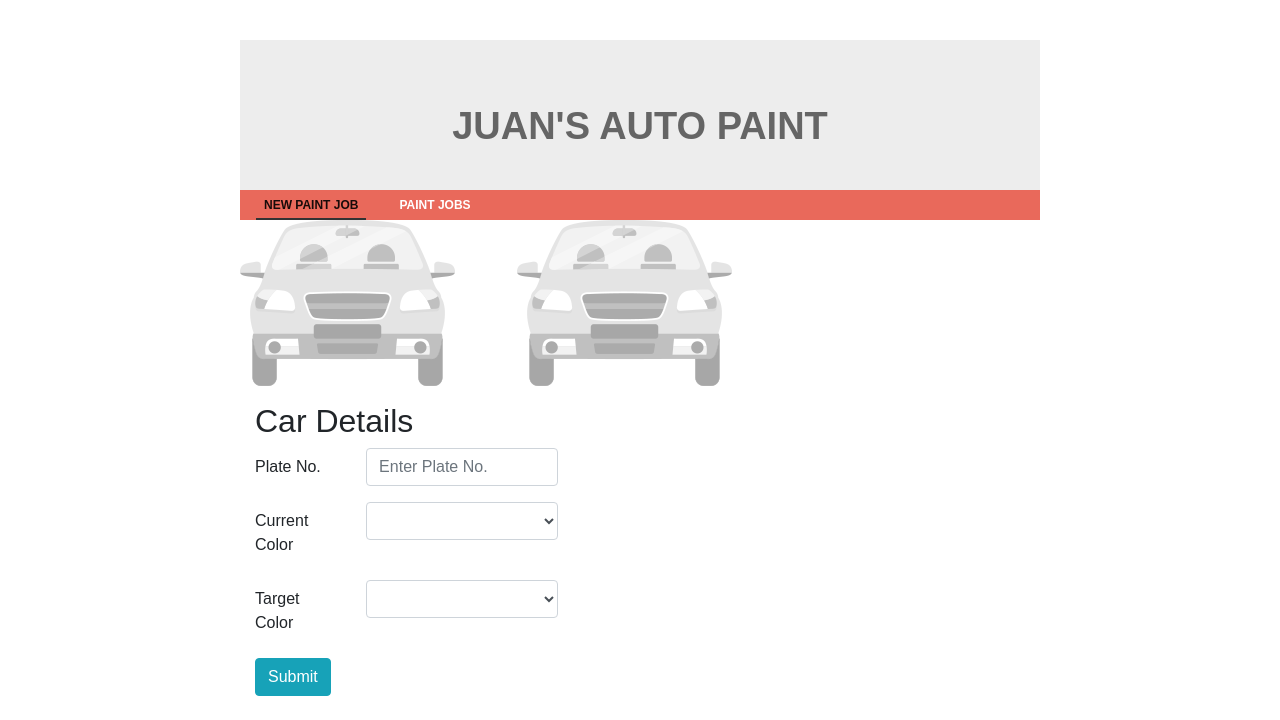
Repository: soycaringal/paint-job
Page: http://localhost/
These files come from the project's save history. The page is drawn as it stood at one moment and after the next save; the edit follows.
The browser window is 1280 px wide. The pictures show the whole page.
The page is served by the project's Laravel application, run on PHP 8.4 with Laravel 8. Queries for data that is not in the repository find no rows.

Above is the page before, as saved 2020-02-23 17:30:53.

After the next save:
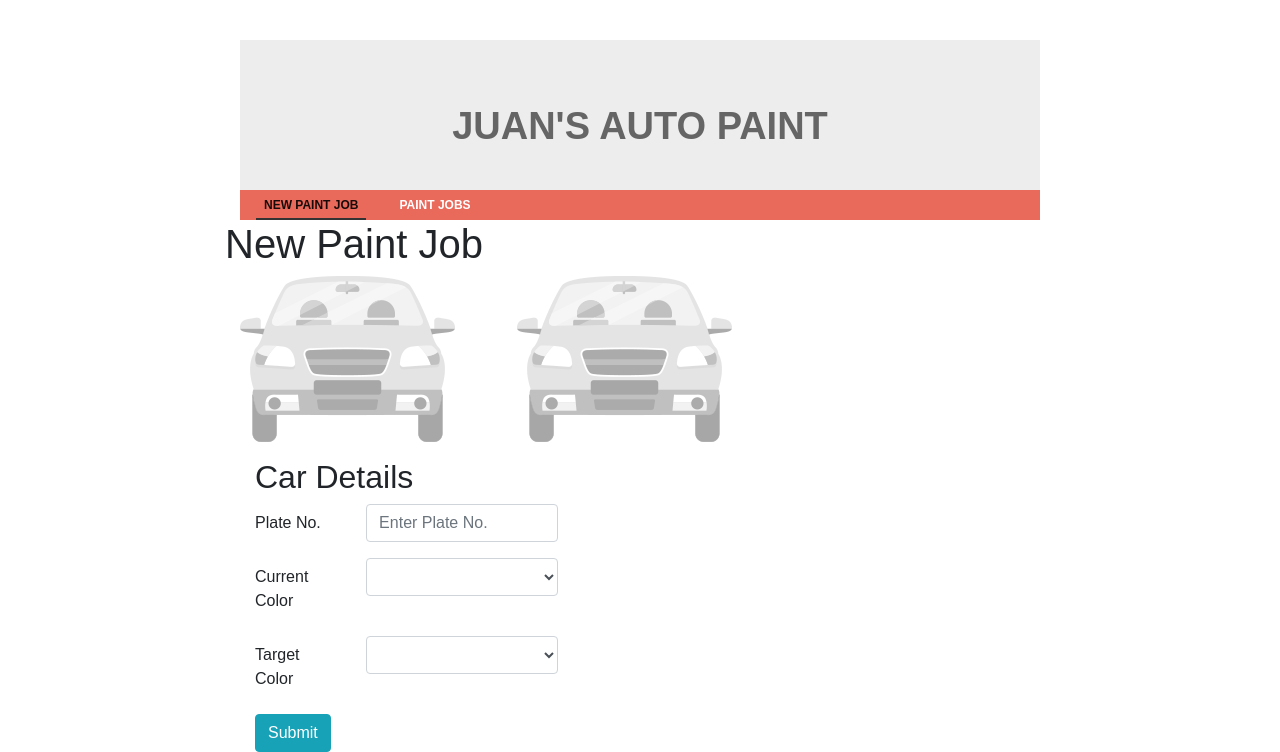
Saved 11 s later.
--- a/resources/views/home.blade.php
+++ b/resources/views/home.blade.php
@@ -3,6 +3,9 @@
 @section('content')
 
 <section class="car-image-content">
+    <div class="row">
+        <h1>New Paint Job</h1>
+    </div>
     <div class="row">
         <div class="col-4">
             <figure>
